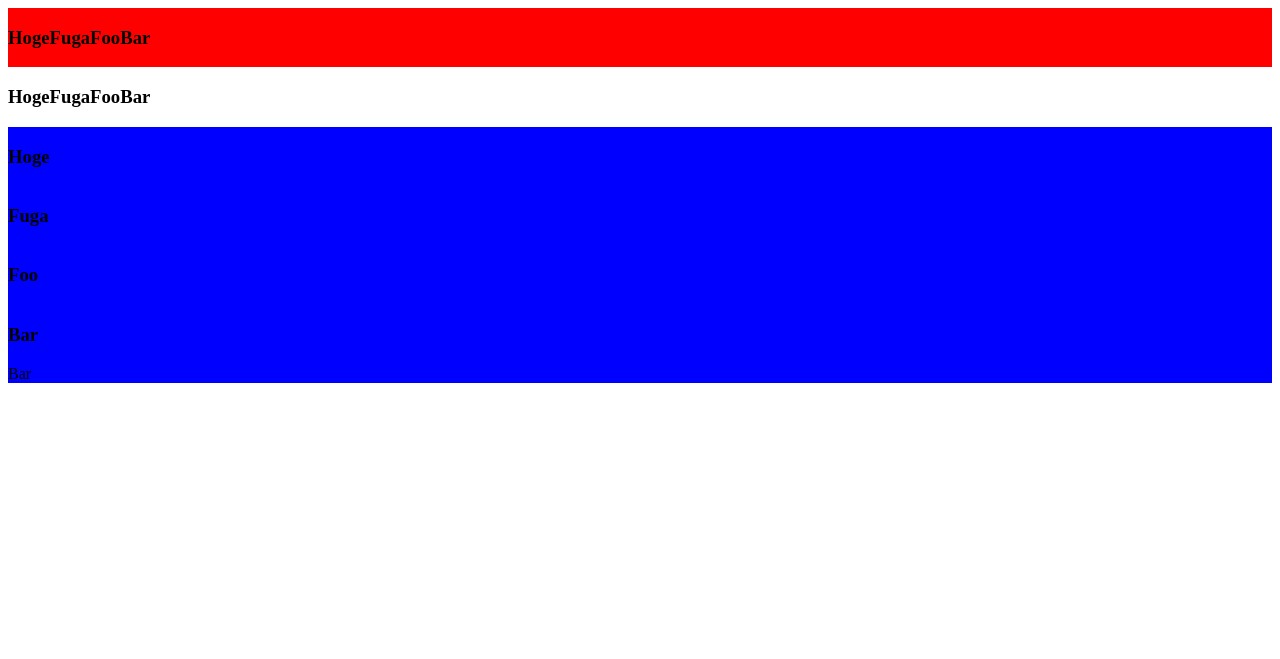
Repository: TakashiYamaguchi2021/samurai_HTML-CSS
Page: flexbox.html
The author's editor kept a record of every edit. The page is drawn from the files as they stood at one moment, then again after the next edit.
The browser window is 1280 px wide. The pictures show the whole page.

Above is the page before.

After the next edit:
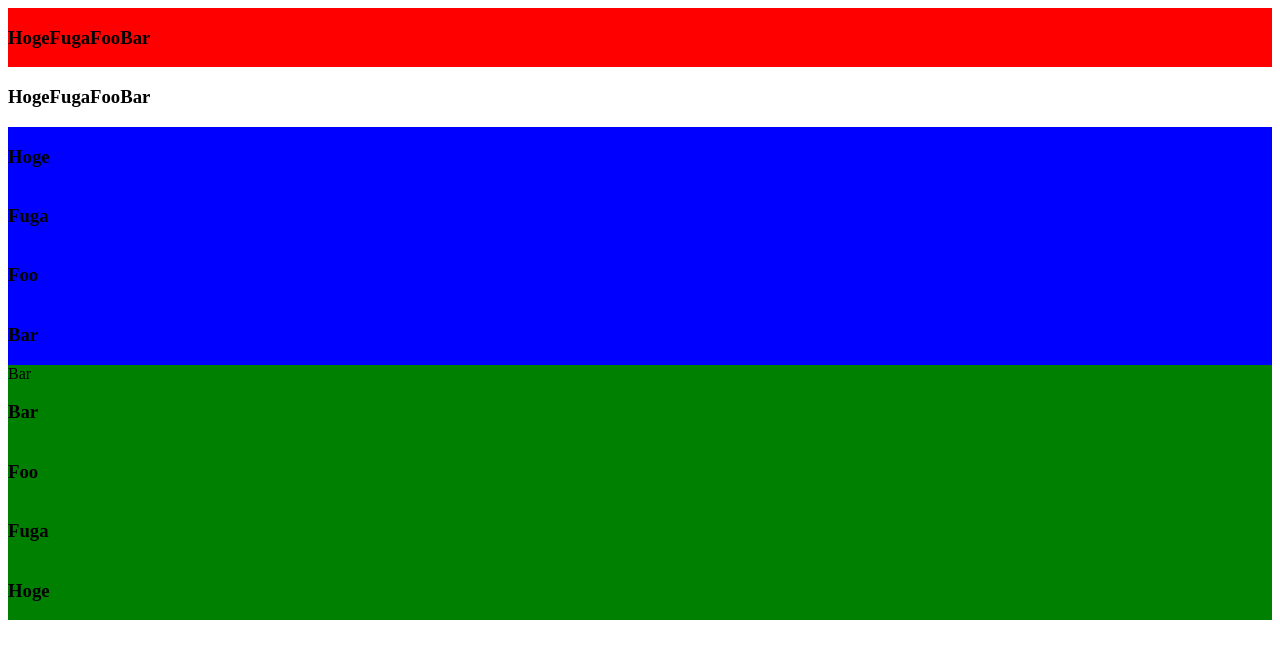
The edit:
--- a/flexbox.html
+++ b/flexbox.html
@@ -41,8 +41,11 @@
             <h3>Fuga</h3>
             <h3>Foo</h3>
             <h3>Bar</h3>
-            <div>
-                Bar
+        <div id="column-reverse">
+            <h3>Hoge</h3>
+            <h3>Fuga</h3>
+            <h3>Foo</h3>
+            <h3>Bar</h3>   Bar
             </div>
         </div>
     </body>
